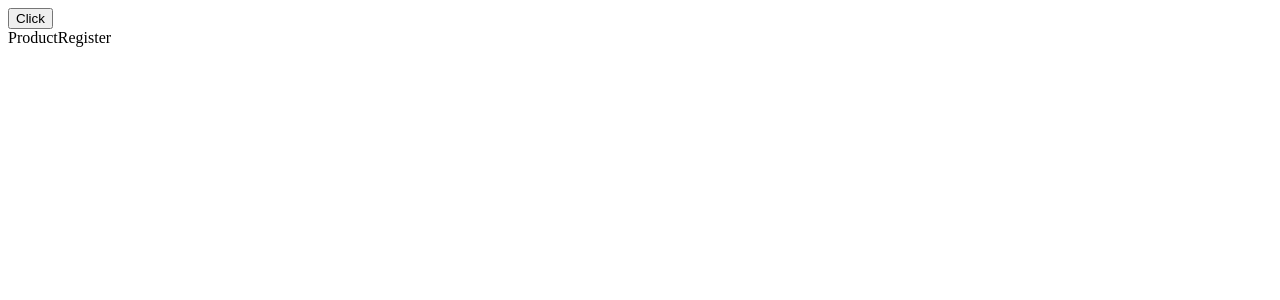
Repository: KennedyWanderson/crud-web
Page: /
These files come from the project's save history. The page is drawn as it stood at one moment and after a run of saves; the edit follows.
The browser window is 1280 px wide. The pictures show the whole page.
The project was rebuilt for these pictures with package versions that can differ from the ones it lists, and the page was loaded fresh each time. Also part of the build but not shown: src/Components/ProductList.js, src/Components/CategoryRegister.js, src/Components/CategotyList.js.

Above is the page before, as saved 2023-11-15 14:25:55.

After the next 4 saves:
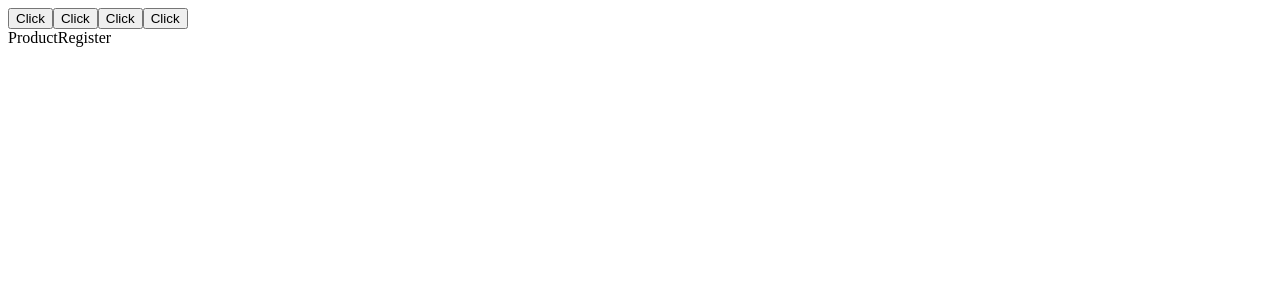
The 4 saves are shown as one change because they came seconds apart.
The last was saved 38 s later.
--- a/src/App.js
+++ b/src/App.js
@@ -22,7 +22,10 @@ function selectComponent(){
 
   return (
     <div>
+      <button onClick={() => {setVisible(1)}}>Click</button>
       <button onClick={() => {setVisible(2)}}>Click</button>
+      <button onClick={() => {setVisible(3)}}>Click</button>
+      <button onClick={() => {setVisible(4)}}>Click</button>
       {selectComponent()}
     </div>
   );
